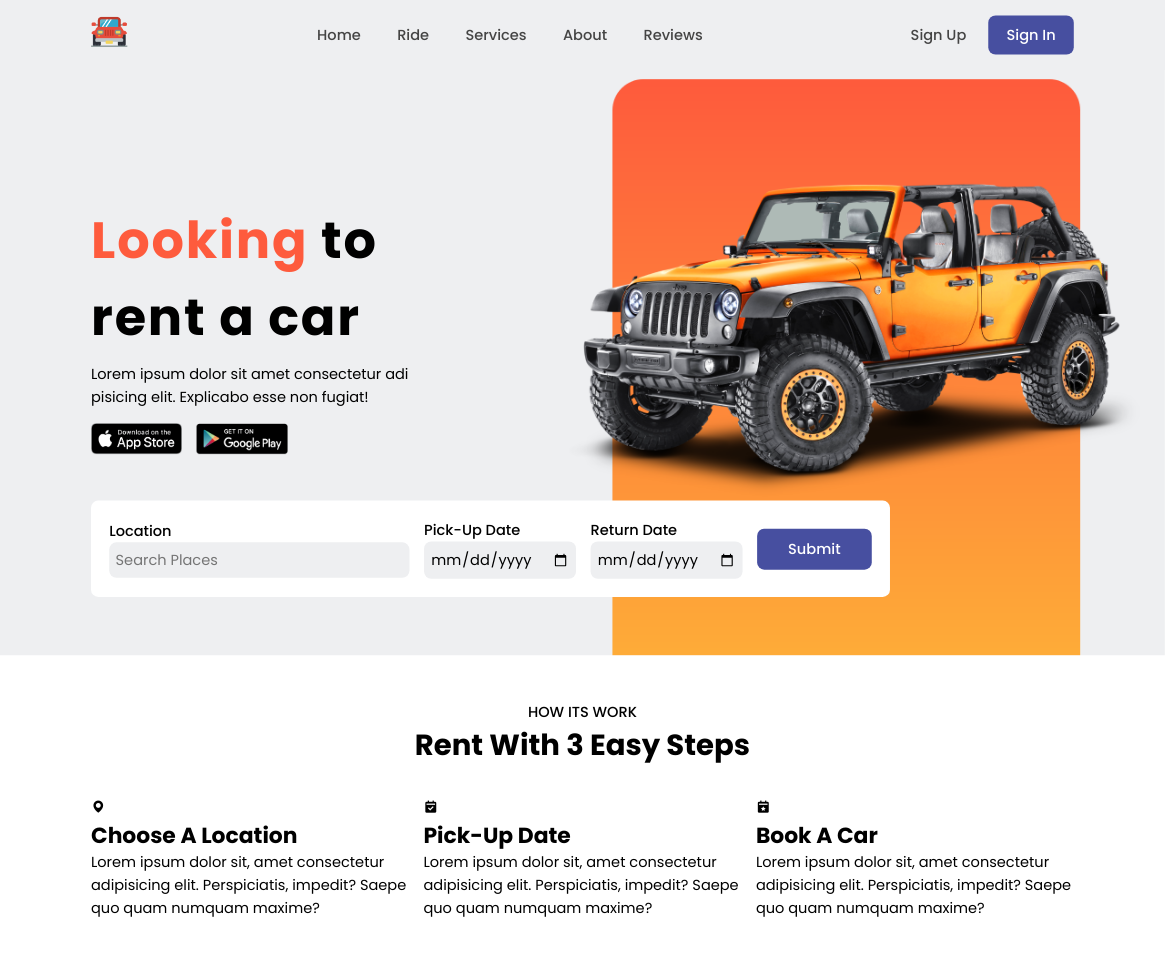
Repository: douglasabnovato/car-rental
Page: index.html
These files come from the project's save history. The page is drawn as it stood at one moment and after the next save; the edit follows.
The browser window is 1280 px wide. The pictures show the whole page, at 91% of full size.

Above is the page before, as saved 2025-05-16 14:03:22.

### index.html
<!DOCTYPE html>
<html lang="en">
  <head>
    <meta charset="UTF-8" />
    <meta name="viewport" content="width=device-width, initial-scale=1.0" />
    <title>Car Rental</title>
    <link
      rel="stylesheet"
      href="https://cdn.jsdelivr.net/npm/boxicons@latest/css/boxicons.min.css"
    />
    <link rel="stylesheet" href="./style.css" />
  </head>
  <body>
    <!-- Header -->
    <header>
      <a href="#" class="logo"
        ><img src="./assets/jeep.png" alt="logo da car rental" srcset=""
      /></a>
      <div class="bx bx-menu" id="menu-icon"></div>
      <ul class="navbar">
        <li><a href="#home">Home</a></li>
        <li><a href="#ride">Ride</a></li>
        <li><a href="#services">Services</a></li>
        <li><a href="#about">About</a></li>
        <li><a href="#reviews">Reviews</a></li>
      </ul>
      <div class="header-btn">
        <a href="#" class="sign-up">Sign Up</a>
        <a href="#" class="sign-in">Sign In</a>
      </div>
    </header>

    <!-- Home -->
    <section class="home" id="home">
      <div class="text">
        <h1>
          <span>Looking</span> to <br />
          rent a car
        </h1>
        <p>
          Lorem ipsum dolor sit amet consectetur adi <br />
          pisicing elit. Explicabo esse non fugiat!
        </p>
        <div class="app-stores">
          <img src="./assets/ios.png" alt="" />
          <img src="./assets/play.png" alt="" />
        </div>
      </div>
      <div class="form-container">
        <form action="">
          <div class="input-box">
            <span>Location</span>
            <input type="search" name="" id="" placeholder="Search Places" />
          </div>
          <div class="input-box">
            <span>Pick-Up Date</span>
            <input type="date" name="" id="" />
          </div>
          <div class="input-box">
            <span>Return Date</span>
            <input type="date" name="" id="" />
          </div>
          <input type="submit" name="" id="" class="btn" />
        </form>
      </div>
    </section>

    <!-- Ride -->
    <section class="ride" id="ride">
      <div class="heading">
        <span>How Its Work</span>
        <h1>Rent With 3 Easy Steps</h1>
      </div>
      <div class="ride-container">
        <div class="box">
          <i class="bx bxs-map"></i>
          <h2>Choose A Location</h2>
          <p>
            Lorem ipsum dolor sit, amet consectetur adipisicing elit.
            Perspiciatis, impedit? Saepe quo quam numquam maxime?
          </p>
        </div>
        <div class="box">
          <i class="bx bxs-calendar-check"></i>
          <h2>Pick-Up Date</h2>
          <p>
            Lorem ipsum dolor sit, amet consectetur adipisicing elit.
            Perspiciatis, impedit? Saepe quo quam numquam maxime?
          </p>
        </div>
        <div class="box">
          <i class="bx bxs-calendar-star"></i>
          <h2>Book A Car</h2>
          <p>
            Lorem ipsum dolor sit, amet consectetur adipisicing elit.
            Perspiciatis, impedit? Saepe quo quam numquam maxime?
          </p>
        </div>
      </div>
    </section>

    <!-- Link to JS -->
    <script src="./script.js"></script>
  </body>
</html>

### style.css
@import url("https://fonts.googleapis.com/css2?family=Noto+Sans:ital,wght@0,100..900;1,100..900&family=Poppins:ital,wght@0,100;0,200;0,300;0,400;0,500;0,600;0,700;0,800;0,900;1,100;1,200;1,300;1,400;1,500;1,600;1,700;1,800;1,900&display=swap");

* {
  margin: 0;
  padding: 0;
  box-sizing: border-box;
  scroll-padding-top: 2rem;
  scroll-behavior: smooth;
  list-style: none;
  text-decoration: none;
  font-family: "Poppins", sans-serif;
}

:root {
  --main-color: #fe5b3d;
  --second-color: #ffac38;
  --text-color: #444;
  --gradient: linear-gradient(#fe5b3d, #ffac38);
}

html::-webkit-scrollbar {
  width: 0.5rem;
}

html::-webkit-scrollbar-track {
  background: transparent;
}

html::-webkit-scrollbar-thumb {
  background: var(--main-color);
  border-radius: 5rem;
}

section {
  padding: 50px 100px;
}

/* Header */

header {
  position: fixed;
  width: 100%;
  top: 0;
  right: 0;
  z-index: 1000;
  display: flex;
  align-items: center;
  justify-content: space-between;
  background: #eeeff1;
  padding: 15px 100px;
}

.logo img {
  width: 40px;
}

.navbar {
  display: flex;
}

.navbar li {
  position: relative;
}

.navbar a {
  font-size: 1rem;
  padding: 10px 20px;
  color: var(--text-color);
  font-weight: 500;
}

.navbar a:after {
  content: "";
  width: 0;
  height: 3px;
  background: var(--gradient);
  position: absolute;
  bottom: -4px;
  left: 0;
  transition: 0.5s;
}

.navbar a:hover::after {
  width: 100%;
}

#menu-icon {
  font-size: 24px;
  cursor: pointer;
  z-index: 10001;
  display: none;
}

.header-btn a {
  padding: 10px 20px;
  color: var(--text-color);
  font-weight: 500;
}

.header-btn .sign-in {
  background: #474fa0;
  color: #fff;
  border-radius: 0.5rem;
}

.header-btn .sign-in:hover {
  background: var(--main-color);
}

/* Home */
.home {
  width: 100%;
  min-height: 100vh;
  position: relative;
  background: url(./assets/Car\ Website\ –\ 1@2x.png);
  background-repeat: no-repeat;
  background-position: center right;
  background-size: cover;
  display: grid;
  align-items: center;
  grid-template-columns: repeat(2, 1fr);
}

.text h1 {
  font-size: 3.5rem;
  letter-spacing: 2px;
}

.text span {
  color: var(--main-color);
}

.text p {
  margin: 0.5rem 0 1rem;
}

.app-stores {
  display: flex;
}

.app-stores img {
  width: 100px;
  margin-right: 1rem;
  cursor: pointer;
}

.form-container form {
  display: flex;
  flex-wrap: wrap;
  align-items: center;
  gap: 1rem;
  position: absolute;
  bottom: 4rem;
  left: 100px;
  background: #fff;
  padding: 20px;
  border-radius: 0.5rem;
}

.input-box {
  flex: 1 1 7rem;
  display: flex;
  flex-direction: column;
}

.input-box span {
  font-weight: 500;
}

.input-box input {
  padding: 7px;
  outline: none;
  border: none;
  background: #eeeff1;
  border-radius: 0.5rem;
  font-size: 1rem;
}

.form-container form .btn {
  flex: 1 1 7rem;
  padding: 10px 34px;
  border: none;
  border-radius: 0.5rem;
  background: #474fa0;
  color: #fff;
  font-size: 1rem;
  font-weight: 500;
}

.form-container form .btn:hover {
  background: var(--main-color);
  cursor: pointer;
}

/* Ride */
.heading {
  text-align: center;
}

.heading span {
  font-weight: 500;
  text-transform: uppercase;
}

.heading h1 {
  font-size: 2rem;
}

.ride-container{
    display: grid;
    align-items: center;
    grid-template-columns: repeat(auto-fit, minmax(250px,auto));
    gap: 1rem;
    margin-top: 2rem;
}

Loaded but not shown: script.js (no stored copy; drawn as an empty file)

After the next save:
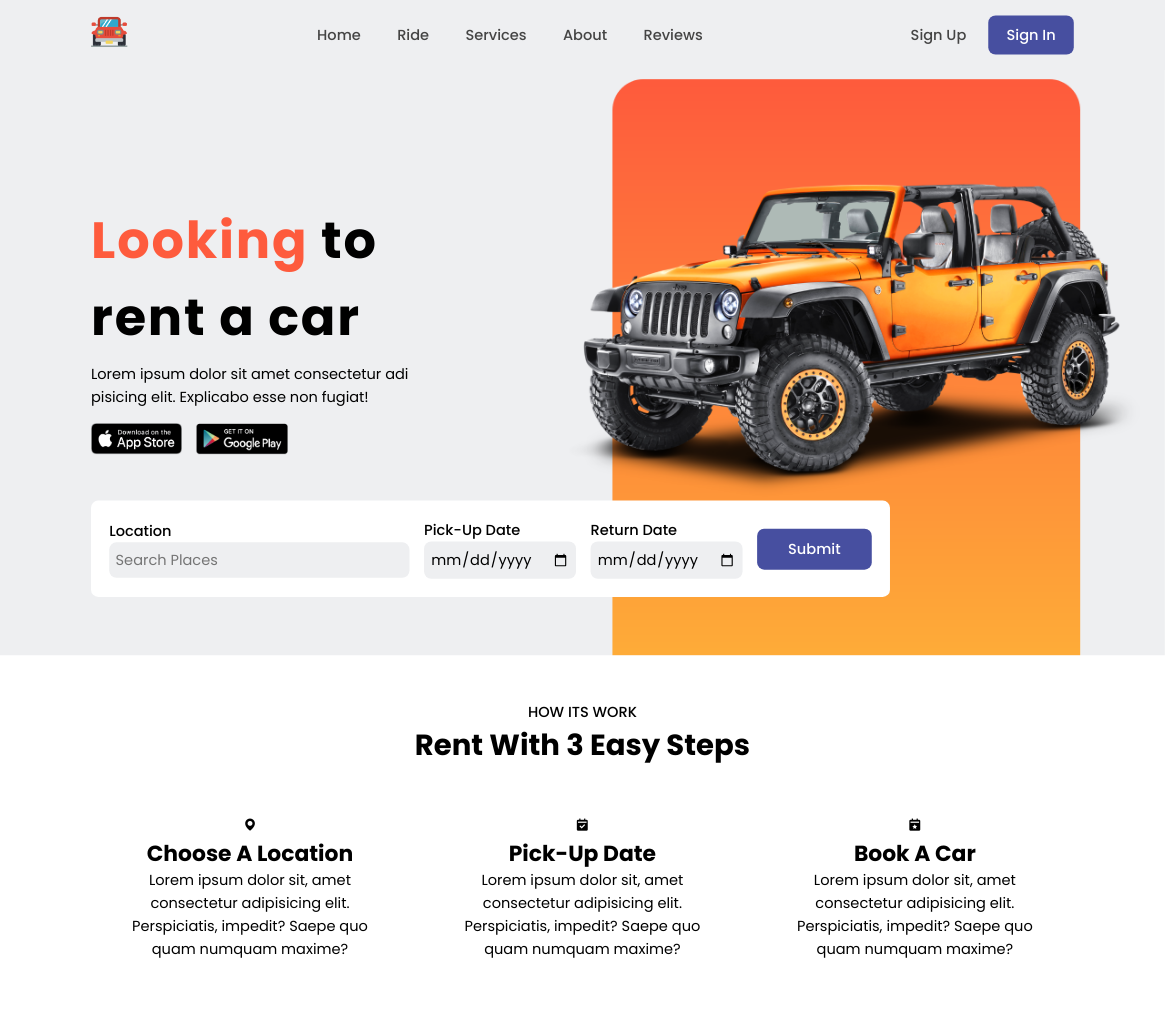
Saved 42 min 1 s later.
--- a/style.css
+++ b/style.css
@@ -213,3 +213,9 @@ header {
     gap: 1rem;
     margin-top: 2rem;
 }
+
+.ride-container .box {
+    text-align: center;
+    padding: 20px;
+
+}
